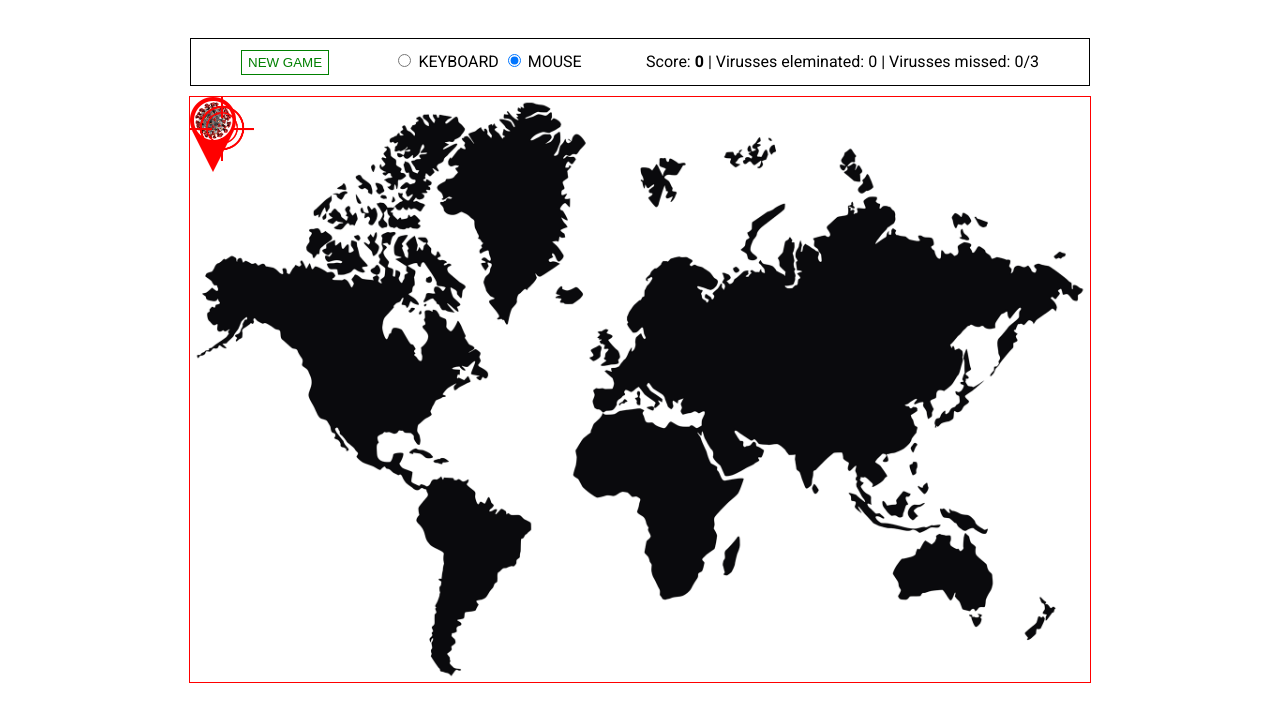
Repository: Baterka/DestroyTheVirus
Page: index.html
These files come from the project's save history. The page is drawn as it stood at one moment and after the next save; the edit follows.
The browser window is 1280 px wide. The pictures show the whole page.

Above is the page before, as saved 2020-03-20 00:57:25.
Console error: TypeError: Cannot set properties of undefined (setting 'currentTime')

### index.html
<!DOCTYPE html>
<html lang="en">

<head>
    <meta charset="utf-8">
    <meta http-equiv="X-UA-Compatible" content="IE=edge">
    <title></title>
    <meta name="description" content="">
    <meta name="viewport" content="width=device-width, initial-scale=1">
    <link rel="stylesheet" href="style.css">
</head>

<body onload="game.init()">
    <div class="flex-container">
        <div class="flex-row" id="toolbar">
            <div class="col">
                <button id="button_newGame">NEW GAME</button>
            </div>
            <div class="col">
                <input type="radio" id="radio_keyboard" name="input" value="keyboard" onclick="player.changeInput(this);" />
                <label for="radio_keyboard">KEYBOARD</label>
                <input type="radio" id="radio_mouse" name="input" value="mouse" checked onclick="player.changeInput(this);" />
                <label for="radio_mouse">MOUSE</label>
            </div>
            <div class="col scoreboard">
                Score: <b><span id="score">0</span></b> | Virusses eleminated: <span id="eliminated">0</span> | Virusses missed: <span id="missed">0</span>/3
            </div>
        </div>
        <div class="flex-row" id="canvas" ondragstart="return false;" ondrop="return false;">
            <div id="target"></div>
            <div id="virusses">
            </div>
            <div id="gameOver">
                GAME OVER
            </div>
            <div id="deadZone"></div>
        </div>
    </div>
    <script src="./main.js" async defer></script>
</body>

</html>

### style.css
@import url('https://fonts.googleapis.com/css?family=Roboto:400,700&display=swap');
html,
body,
.flex-container {
    font-family: 'Roboto', sans-serif;
    padding: 0;
    margin: 0;
    width: 100%;
    height: 100%;
}

.flex-container {
    display: flex;
    justify-content: center;
    align-items: center;
    flex-direction: column;
}

#canvas {
    z-index: 0;
    cursor: none;
    position: relative;
    width: calc(20px * 45);
    height: calc(13px * 45);
    border: 1px solid red;
    /* https://cz.pinterest.com/pin/298574650280907774/ */
    background-image: url(./world_map.png);
    background-repeat: no-repeat;
    background-size: 100% 100%;
}

#toolbar {
    margin-bottom: 10px;
    width: calc(20px * 45);
    padding: 10px 50px;
    box-sizing: border-box;
    border: 1px solid black;
    display: flex;
    justify-content: space-between;
    align-items: center;
    flex-direction: row;
}

.col {
    display: inline-block;
    vertical-align: middle;
    line-height: 25px;
}

button {
    height: 25px;
    border: 1px solid black;
    background-color: transparent;
    color: black;
}

#button_newGame:disabled {
    height: 25px;
    border: 1px solid gray;
    background-color: transparent;
    color: gray;
}

#button_newGame {
    color: green;
    border: 1px solid green;
}

#target {
    z-index: -1;
    pointer-events: none;
    position: absolute;
    display: none;
    top: 0;
    left: 0;
    width: 64px;
    height: 64px;
    /* https://www.stickpng.com/img/miscellaneous/symbols/red-target */
    background-image: url(./target.png);
    background-repeat: no-repeat;
    background-size: 100% 100%;
}

.virus {
    z-index: -2;
    position: absolute;
    top: 0;
    left: 0;
    width: 46px;
    height: 75px;
    background-image: url(./corona.png);
    background-repeat: no-repeat;
    background-size: 100% 100%;
}

.virus .clickable {
    width: 46px;
    height: 46px;
    border-radius: 46px;
}

#deadZone {
    z-index: 0;
    display: none;
    position: absolute;
    top: 0;
    left: 0;
    right: 100%;
    bottom: 0;
    background-color: rgba(255, 0, 0, 0.5);
    border-right: 1px solid red;
}

#gameOver {
    z-index: 0;
    display: none;
    height: 100%;
    align-items: center;
    justify-content: center;
    background-color: rgba(0, 0, 0, .9);
    color: red;
    font-weight: bold;
    font-size: 50px;
}

### main.js
const randomNumber = (min, max) => {
    return Math.floor((Math.random() * max) + min);
}

class AudioController {

    _sources = {
        // https://freesound.org/people/InspectorJ/sounds/484344/
        success: "./success.wav",
        // https://freesound.org/people/LorenzoTheGreat/sounds/417794/
        fail: "./fail.wav"
    }

    tracks = {};

    constructor() {
        for (let key in this._sources) {
            this.tracks[key] = document.createElement("audio");
            this.tracks[key].src = this._sources[key];
            console.log(`[AUDIO] Source '${key}' loaded.`);
        }
    }

    play(track) {
        if (!track)
            console.error(`[AUDIO] Source '${name}' does not exist.`);
        this.tracks[name].currentTime = 0;
        this.tracks[name].play();
    }
}

class Game {
    // Will be loaded after DOM will be rendered
    World = null;
    Player = null;
    Virus = null;

    // Audio
    _Audio = new AudioController();

    tps = 60;

    // ENUM: RUNNING, GAMEOVER
    gameState = "GAMEOVER"

    constructor() {}

    /**
     * Called after DOM rendered
     */
    init() {
        this.World = new World(this);
        this.Player = new Player(this, document.querySelector('input[name="input"]:checked'));
        this.Virus = new Virus(this);

        // Game tick
        //setInterval(() => this._tick(), 1000 / this.tps)
    }

    /**
     * Game tick
     */
    _tick() {
        let x = (this._Player.pos.x - this.canvasOffset.x);
        let y = (this._Player.pos.y - this.canvasOffset.y);

        // Allow "corner sliding"
        x = (x > this.mapBoundary.minX ? (x < this.mapBoundary.maxX ? x : this.mapBoundary.maxX) : this.mapBoundary.minX)
        y = (y > this.mapBoundary.minY ? (y < this.mapBoundary.maxY ? y : this.mapBoundary.maxY) : this.mapBoundary.minY)

        this.target.style.left = x + "px";
        this.target.style.top = y + "px";
    }

    addScore() {
        this._Audio.play(this._Audio.tracks.success);
        this._Player.setScore(1);
    }

    deleteScore() {
        this._Audio.play(this._Audio.tracks.fail);
        this._Player.setScore(-1);

        if (this._Player.missed >= this._Player.maxMissed || this._Player.score < 0) {
            this._World.toggleGameOver();
            this._Player._Virus.toggleSpawning(false);
            this.gameState === "GAMEOVER";
            this._buttonNewGameElem.disabled = false;
        }
    }
}

/**
 * Input and score handler
 */
class Player {
    _scoreElem = document.getElementById('score');
    _eliminatedElem = document.getElementById('eliminated');
    _missedElem = document.getElementById('missed');
    _buttonNewGameElem = document.getElementById('button_newGame');

    keyboardSpeed = 10;

    pos = {
        x: 0,
        y: 0
    }

    score = 0;
    eliminated = 0;
    missed = 0;

    maxMissed = 3;



    constructor(game, radioElem) {
        // Reference to Game controller
        this._Game = game;

        this.changeInput(radioElem);

        // Start listening to input events
        this._listenToEvents();
    }


    setVirus(virus) {
        this._Virus = virus;
    }

    changeInput(radioElem) {
        if (radioElem.value !== this.radio_input) {
            this.radio_input = radioElem.value;
            console.log("Input type changed to:", this.radio_input);
        }
    }

    resetScore() {
        this.score = 0;
        this.eliminated = 0;
        this.missed = 0;

        this._scoreElem.innerHTML = this.score;
        this._eliminatedElem.innerHTML = this.eliminated;
        this._missedElem.innerHTML = this.missed;
    }

    setScore(add) {
        this.score += add;
        if (add > 0)
            this.eliminated++;
        if (add < 0)
            this.missed++;

        this._scoreElem.innerHTML = this.score;
        this._eliminatedElem.innerHTML = this.eliminated;
        this._missedElem.innerHTML = this.missed;
    }

    _listenToEvents() {

        this._buttonNewGameElem.addEventListener("click", e => {
            if (this.gameState !== "RUNNING") {
                this._Game.World.toggleGameOver(true);
                this._Game.Player.Virus.toggleSpawning(true);
                this._buttonNewGameElem.disabled = true;
                this._Game.Player.resetScore()
            }
        });

        this._Game.World.canvas.addEventListener("mousemove", e => {
            if (this.radio_input !== 'mouse')
                return;

            this.pos = { x: e.clientX, y: e.clientY };
        });

        this._Game.World.canvas.addEventListener("click", e => {
            const parent = e.target.parentElement;
            if (parent.className == 'virus') {
                console.log("Clicked on virus ID:", parent.id);
                if (!this._Virus)
                    return console.error("Virus Manager is not attached. Cannot call onClick action!");
                this._Virus.onClick(parent.id);
            }
        });

        document.addEventListener("keydown", e => {
            if (this.radio_input !== 'keyboard')
                return;

            switch (e.key) {
                case "w":
                    this.pos.y -= this.keyboardSpeed;
                    break;
                case "s":
                    this.pos.y += this.keyboardSpeed;
                    break;
                case "a":
                    this.pos.x -= this.keyboardSpeed;
                    break;
                case "d":
                    this.pos.x += this.keyboardSpeed;
                    break;
                default:
                    console.log("Undefined key pressed:", e.key);
                    break;
            }
        });
    }
}

class Virus {
    _parentElem = document.getElementById('virusses');
    _virusElem = document.createElement("div");

    _list = {};

    _spawningEnabled = false;

    _spawnRate = 2000;

    constructor(game) {
        // Reference to Game controller
        this._Game = game;

        this._virusElem.className = "virus";
        const clickableElem = document.createElement("div");
        clickableElem.className = "clickable";
        clickableElem.onClick = e => {
            console.log(e);
        }
        this._virusElem.appendChild(clickableElem);

        if (this._spawningEnabled)
            this._spawner();

        this.spawn(0, 0);
    }

    _spawner() {
        setTimeout(() => {
            if (!this._spawningEnabled)
                return;
            const x = randomNumber(this._Game.mapBoundary.minX, this._Game.mapBoundary.maxX + 15);
            const y = randomNumber(this._Game.mapBoundary.minY, this._Game.mapBoundary.maxY - 13);
            this.spawn(x, y);
            console.log(this._spawnRate);
            this._spawner();
        }, --this._spawnRate);
    }

    toggleSpawning(enable) {
        this._spawningEnabled = enable;
        console.log("Virus spawning:", enable ? "enabled" : "disabled");
        if (this._spawningEnabled)
            this._spawner();
    }

    spawn(x, y) {
        const virusElem = this._virusElem.cloneNode(true);
        virusElem.style.left = x + "px";
        virusElem.style.top = y + "px";
        virusElem.id = this._list.length;
        this._list[virusElem.id] = virusElem;
        this._parentElem.appendChild(virusElem);
        this._autoHide(virusElem.id);
    }

    _autoHide(id) {
        setTimeout(() => {
            const elem = this._list[id];
            if (!elem)
                return;
            this._Game.deleteScore();
            elem.remove();
            delete this._list[id];
        }, 1000);
    }

    /**
     * Handling clicks on viruses
     */
    onClick(id) {
        if (!this._spawningEnabled)
            return;
        const elem = this._list[id];
        if (!elem)
            return;
        elem.remove();
        this._Game.addScore();
        delete this._list[id];
    }
}

class World {
    canvas = document.getElementById('canvas');

    _target = document.getElementById('target');

    _canvasOffset = {
        x: 0,
        y: 0
    }

    _targetRect = this._target.getBoundingClientRect();
    _targetDimensions = {
        width: this._targetRect.width,
        height: this._targetRect.height
    }

    // DeadZone
    _deadZoneElem = document.getElementById("deadZone");
    _deadZoneWidth = 0;

    // GameOver
    _gameOverElem = document.getElementById("gameOver");

    constructor() {
        // Reference to Game controller
        this._Game = game;

        this._target.style.display = "block";

        window.addEventListener("resize", () => {
            this._debounceResize(this._onWindowResize.bind(this))
        });

        this._onWindowResize();
    }

    inceraseDeadZone() {

    }

    toggleGameOver(visible) {
        this._gameOverElem.style.display = visible ? "none" : "flex";
    }

    /**
     * Called on window resize (if not resized for more than 50ms to avoid lag)
     */
    _onWindowResize() {
        this.canvasOffset = {
            x: this.canvas.offsetLeft + this._targetDimensions.width,
            y: this.canvas.offsetTop + this._targetDimensions.height
        }
        console.log("Window resized! New cancas offset:", this.canvasOffset);
    }

    /**
     * Used to prevent lag on window resize event.
     * https://stackoverflow.com/questions/45905160/javascript-on-window-resize-end
     */
    _debounceResize(endFunc) {
        let timer;
        return event => {
            if (timer) clearTimeout(timer);
            timer = setTimeout(endFunc, 50, event);
        };
    }
}

const game = new Game();

After the next save:
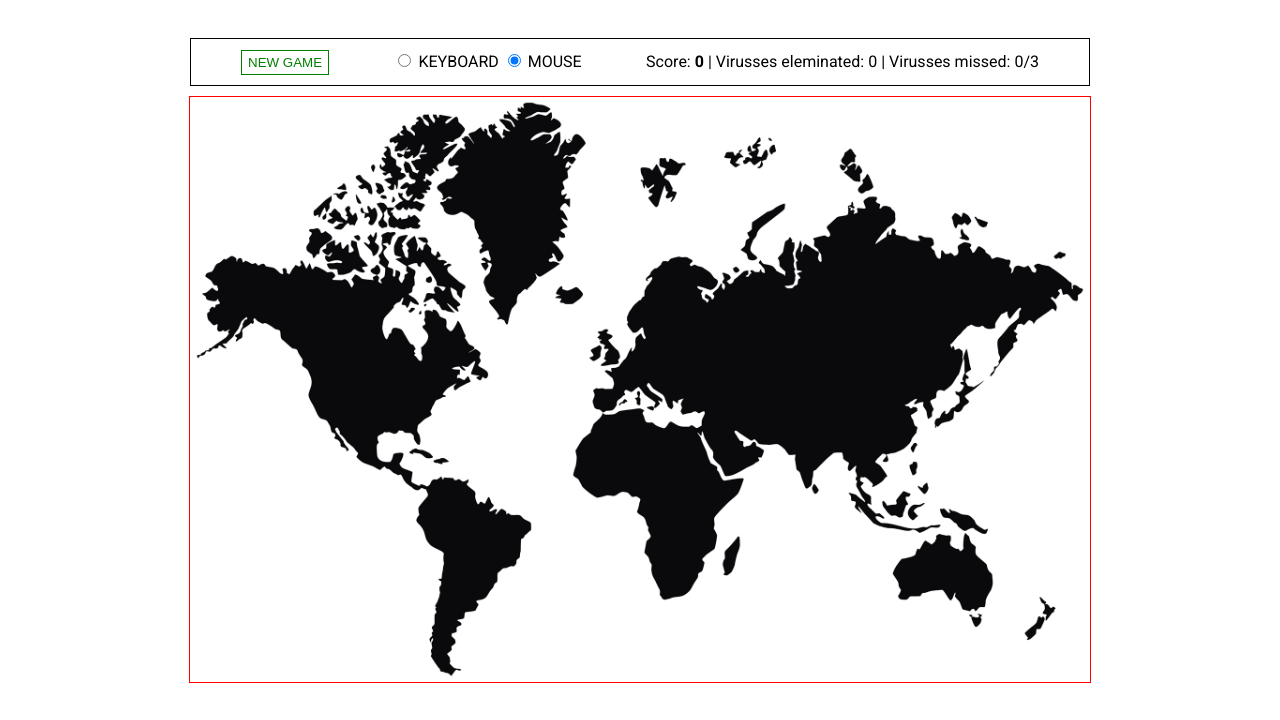
Console error: SyntaxError: Identifier 'x' has already been declared
Saved 98 s later.
--- a/main.js
+++ b/main.js
@@ -330,6 +330,18 @@
         this._onWindowResize();
     }
 
+    moveTarget(x, y) {
+        let x = (x - this.canvasOffset.x);
+        let y = (y - this.canvasOffset.y);
+
+        // Allow "corner sliding"
+        x = (x > this.mapBoundary.minX ? (x < this.mapBoundary.maxX ? x : this.mapBoundary.maxX) : this.mapBoundary.minX)
+        y = (y > this.mapBoundary.minY ? (y < this.mapBoundary.maxY ? y : this.mapBoundary.maxY) : this.mapBoundary.minY)
+
+        this._target.style.left = x + "px";
+        this._target.style.top = y + "px";
+    }
+
     inceraseDeadZone() {
 
     }

After the 2 saves that followed:
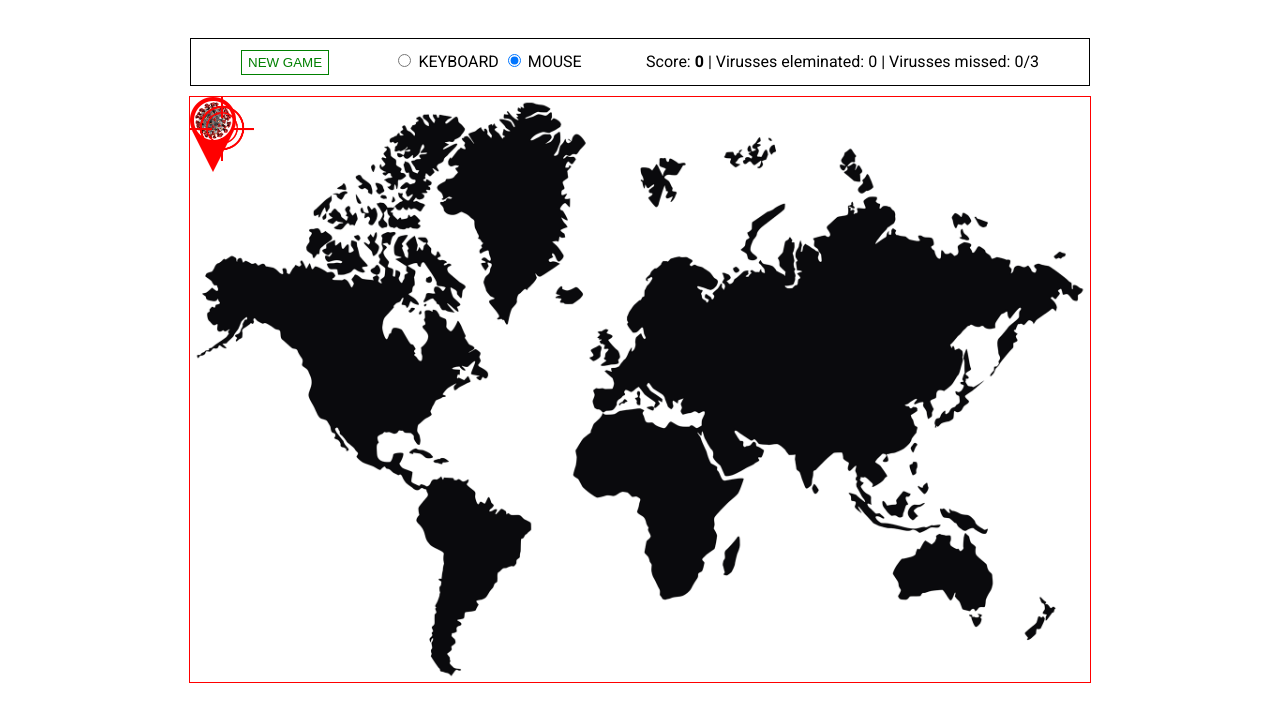
Console error: TypeError: Cannot set properties of undefined (setting 'currentTime')
The 2 saves are shown as one change because 1 left the picture as it was.
The last was saved 50 s later.
--- a/main.js
+++ b/main.js
@@ -173,7 +173,7 @@
             if (this.radio_input !== 'mouse')
                 return;
 
-            this.pos = { x: e.clientX, y: e.clientY };
+            this._Game.World.moveTarget(e.clientX, e.clientY);
         });
 
         this._Game.World.canvas.addEventListener("click", e => {
@@ -331,8 +331,8 @@
     }
 
     moveTarget(x, y) {
-        let x = (x - this.canvasOffset.x);
-        let y = (y - this.canvasOffset.y);
+        x = (x - this.canvasOffset.x);
+        y = (y - this.canvasOffset.y);
 
         // Allow "corner sliding"
         x = (x > this.mapBoundary.minX ? (x < this.mapBoundary.maxX ? x : this.mapBoundary.maxX) : this.mapBoundary.minX)
